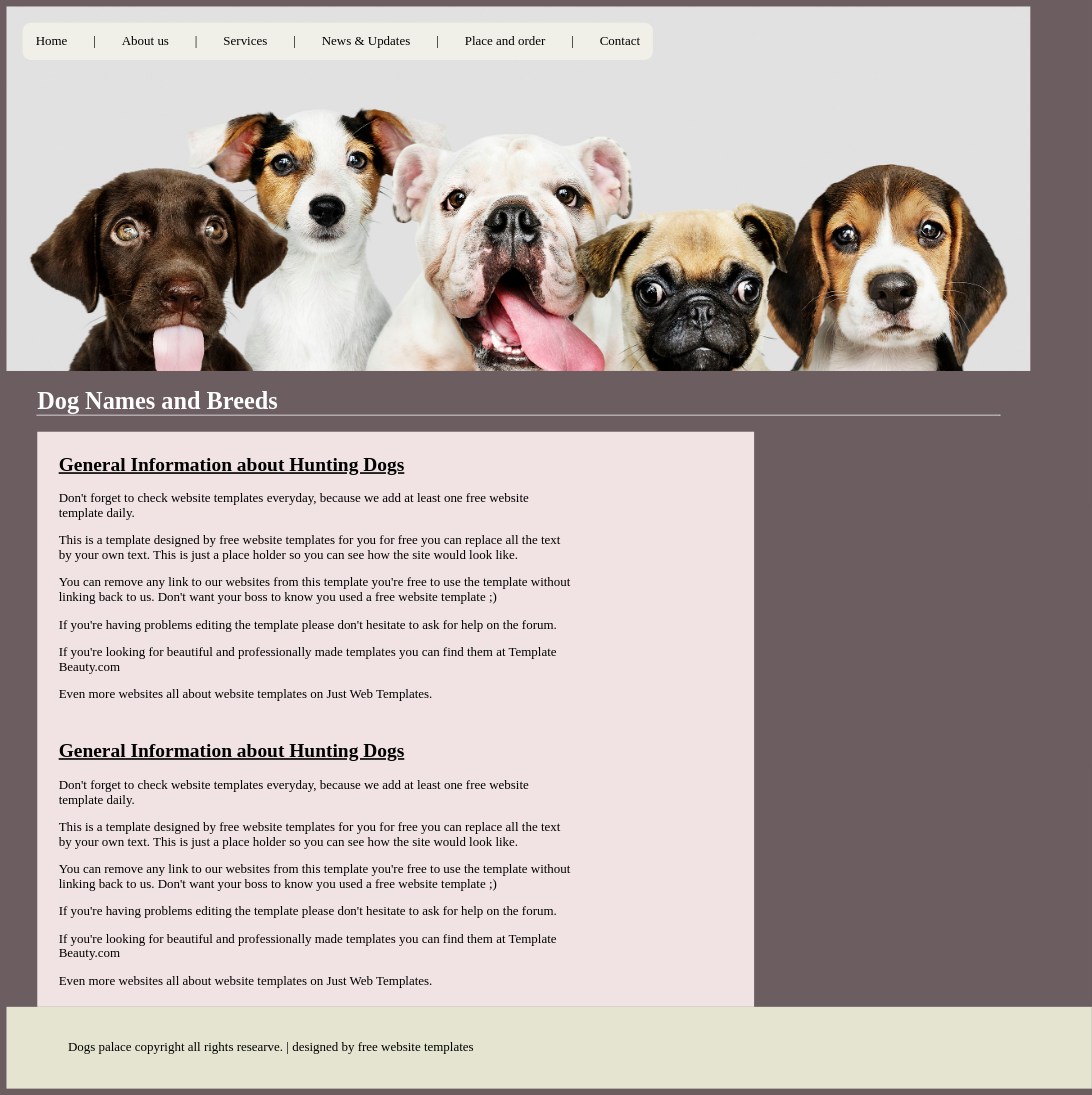
Repository: Tayma-Kazmouz/labwork
Page: index.html
These files come from the project's save history. The page is drawn as it stood at one moment and after the next save; the edit follows.
The browser window is 1280 px wide. The page is 1348 px wide, so the pictures cover 1348 px, including what lies to the right of the window. The pictures show the whole page, at 81% of full size.

Above is the page before, as saved 2022-04-04 17:18:18.

After the next save:
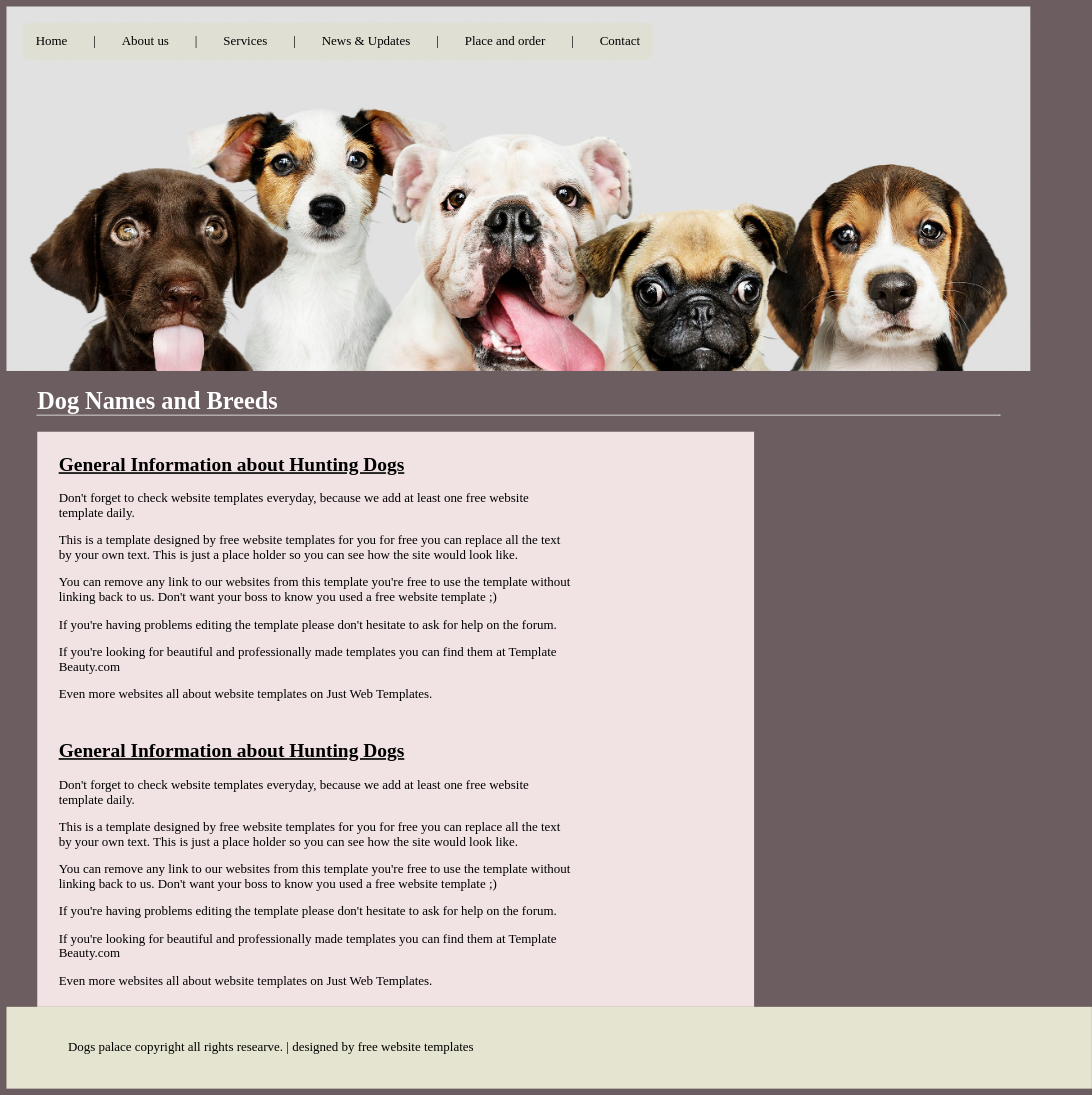
Saved 8 s later.
--- a/styles.css
+++ b/styles.css
@@ -12,7 +12,7 @@
 }
 
 .nav{
-    background-color: rgba(241, 241, 232, 0.952);
+    background-color: rgba(223, 223, 210, 0.952);
     border-radius: 10px;
     width: auto;
     position: absolute;

After the save that followed:
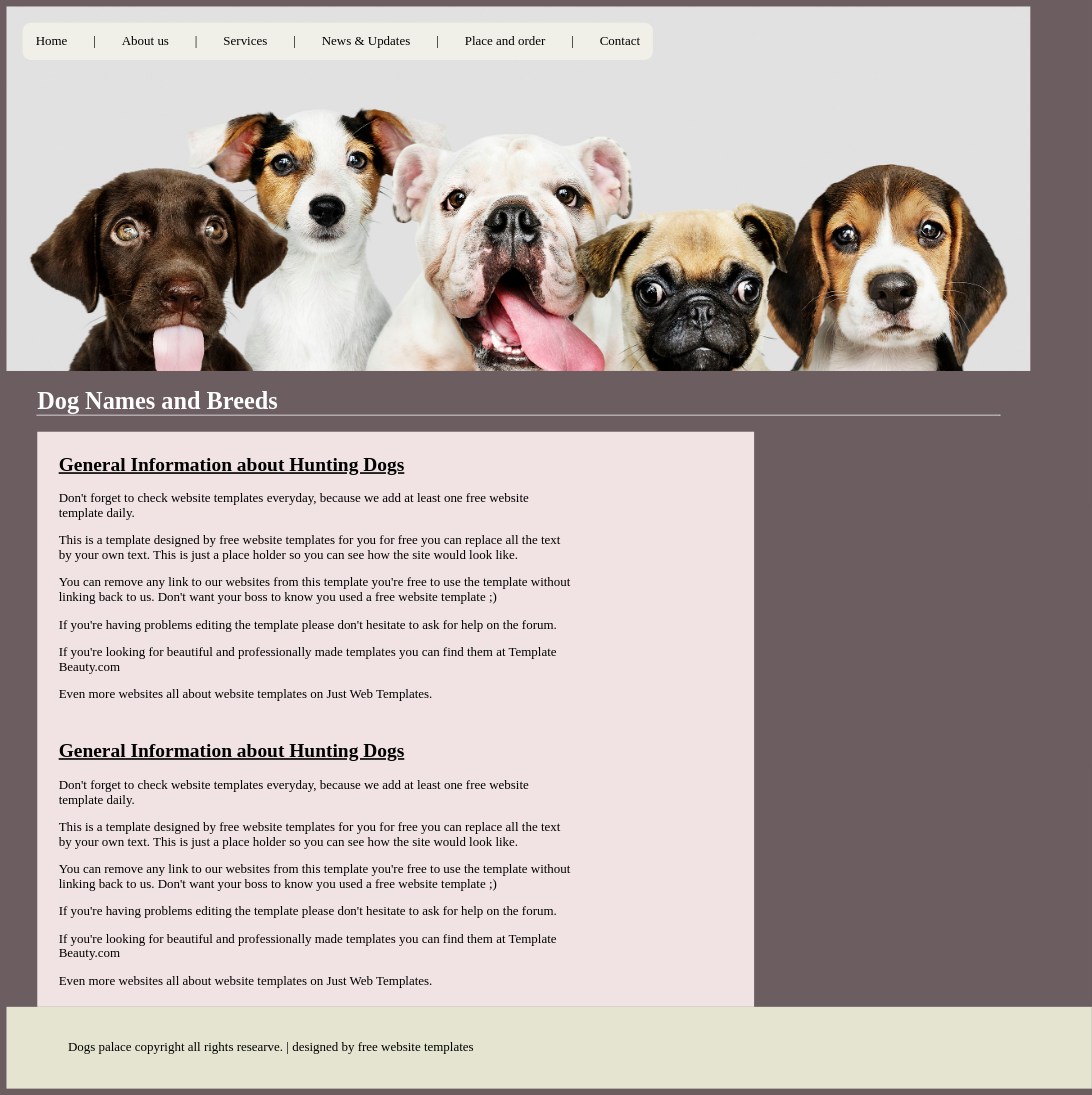
Saved 8 s later.
--- a/styles.css
+++ b/styles.css
@@ -12,7 +12,7 @@
 }
 
 .nav{
-    background-color: rgba(223, 223, 210, 0.952);
+    background-color: rgba(241, 241, 232, 0.952);
     border-radius: 10px;
     width: auto;
     position: absolute;
